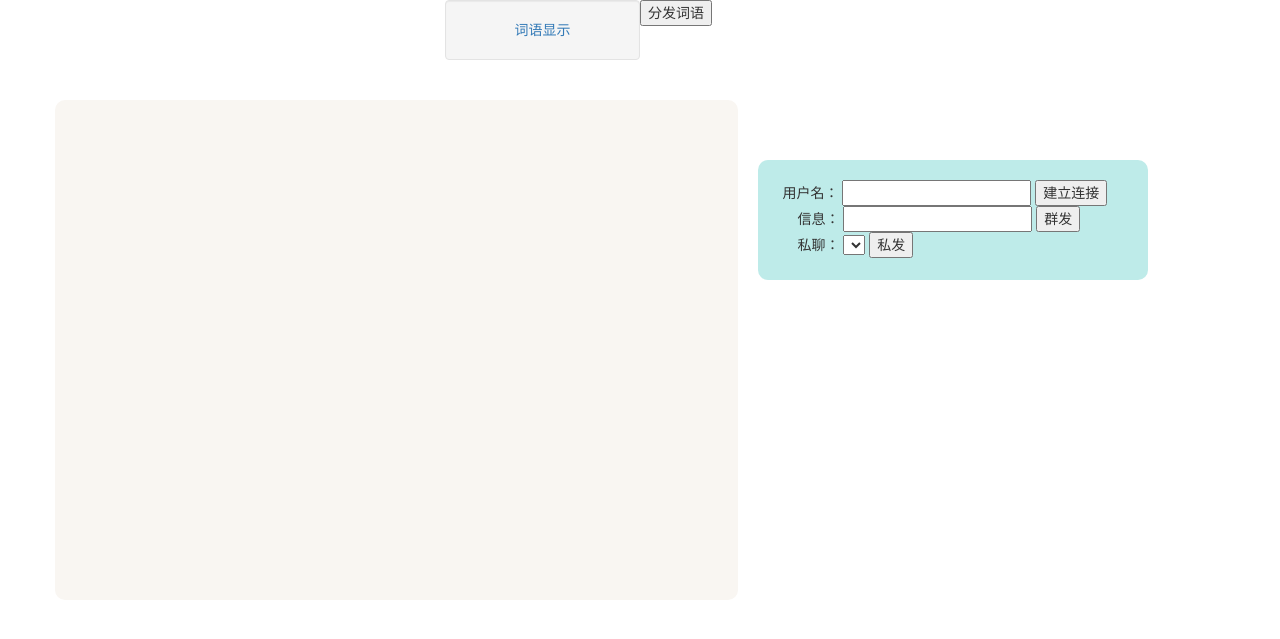
Repository: eheihaha2/whoisthespy-
Page: webDemo/WebContent/room.html
An editor plug-in stored every save of this project. The page is shown before and after the next save, followed by the edit.
The browser window is 1280 px wide. The pictures show the whole page.

Above is the page before, as saved 2020-02-26 04:51:55.

After the next save:
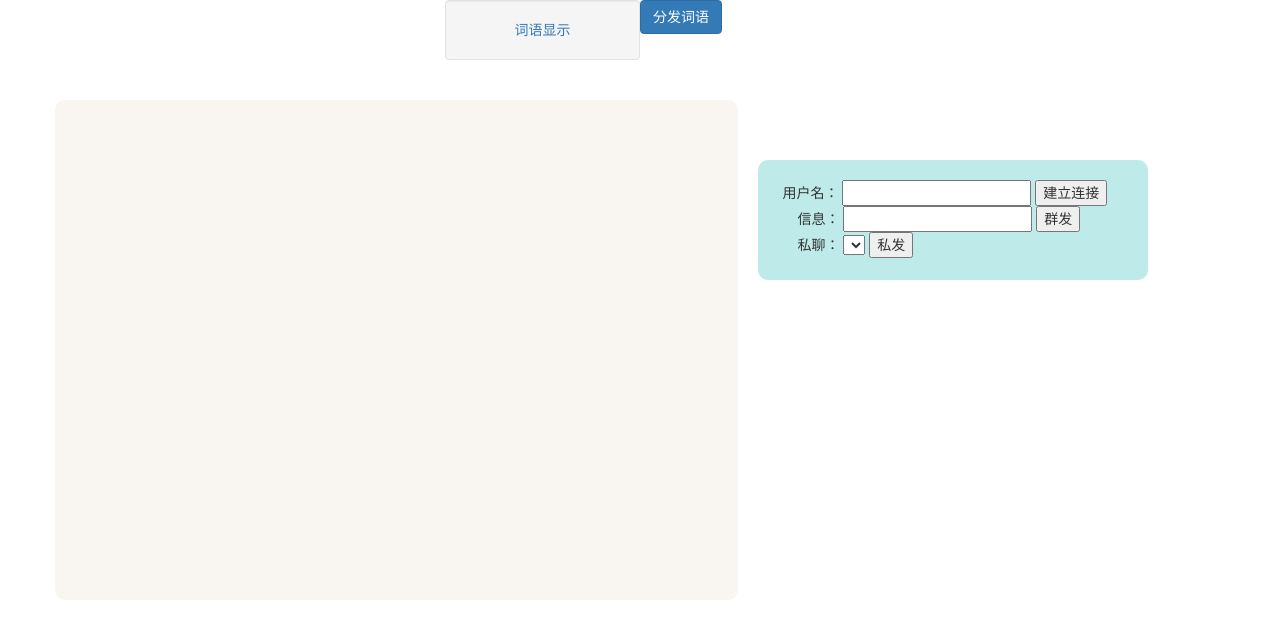
Saved 55 s later.
--- a/webDemo/WebContent/room.html
+++ b/webDemo/WebContent/room.html
@@ -29,7 +29,7 @@
 	<div class="container">
 	<div class="row">
 		<div class="well text-center text-primary col-md-2 	col-sm-2 col-md-offset-4">词语显示</div>
-		<button id="btn wordsBtn btn-primary">分发词语</button><br />
+		<button class="btn wordsBtn btn-primary">分发词语</button><br />
 	</div>
 		<div class="row">
 			<div class="col-md-7 col-sm-7 show">
